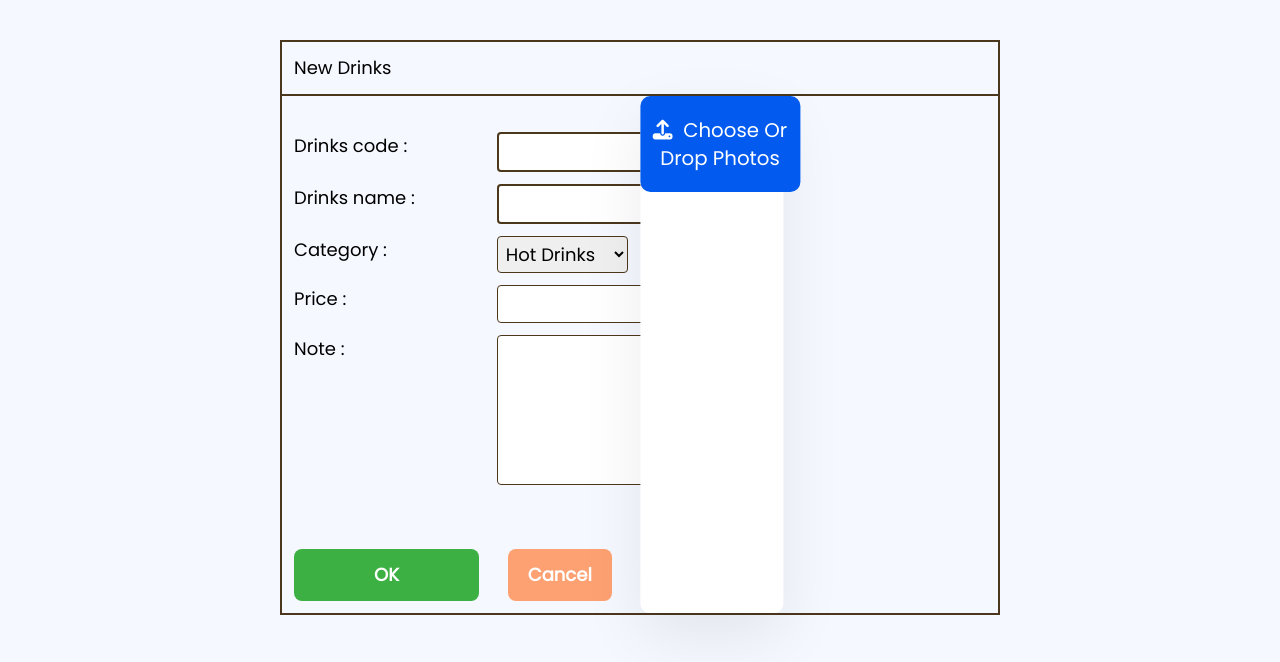
Repository: Dapravith/Midterm-SE-GIC-Cafe-Project-Group16
Page: src/main/resources/templates/addDrink.html
An editor plug-in stored every save of this project. The page is shown before and after the next save, followed by the edit.
The browser window is 1280 px wide. The pictures show the whole page.
Some web libraries are served in a nearby version.

Above is the page before, as saved 2023-05-16 22:42:31.

After the next save:
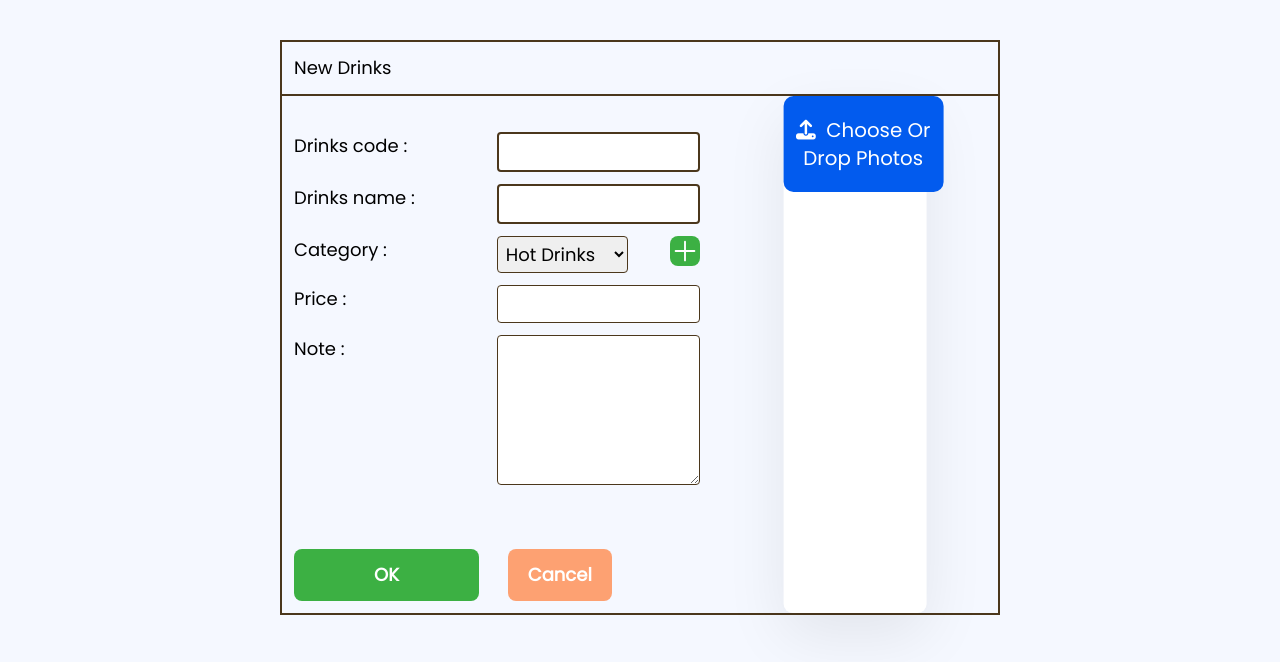
Saved 13 s later.
--- a/src/main/resources/templates/addDrink.html
+++ b/src/main/resources/templates/addDrink.html
@@ -31,7 +31,7 @@
             background-color: #ffffff;
             width: 20%;
             position: static;
-            transform: translateX(-50%);
+            transform: translateX(50%);
             left: 50%;
             right: 50%;
             box-shadow: 0 1.25em 3.43em rgba(0, 0, 0, 0.08);
